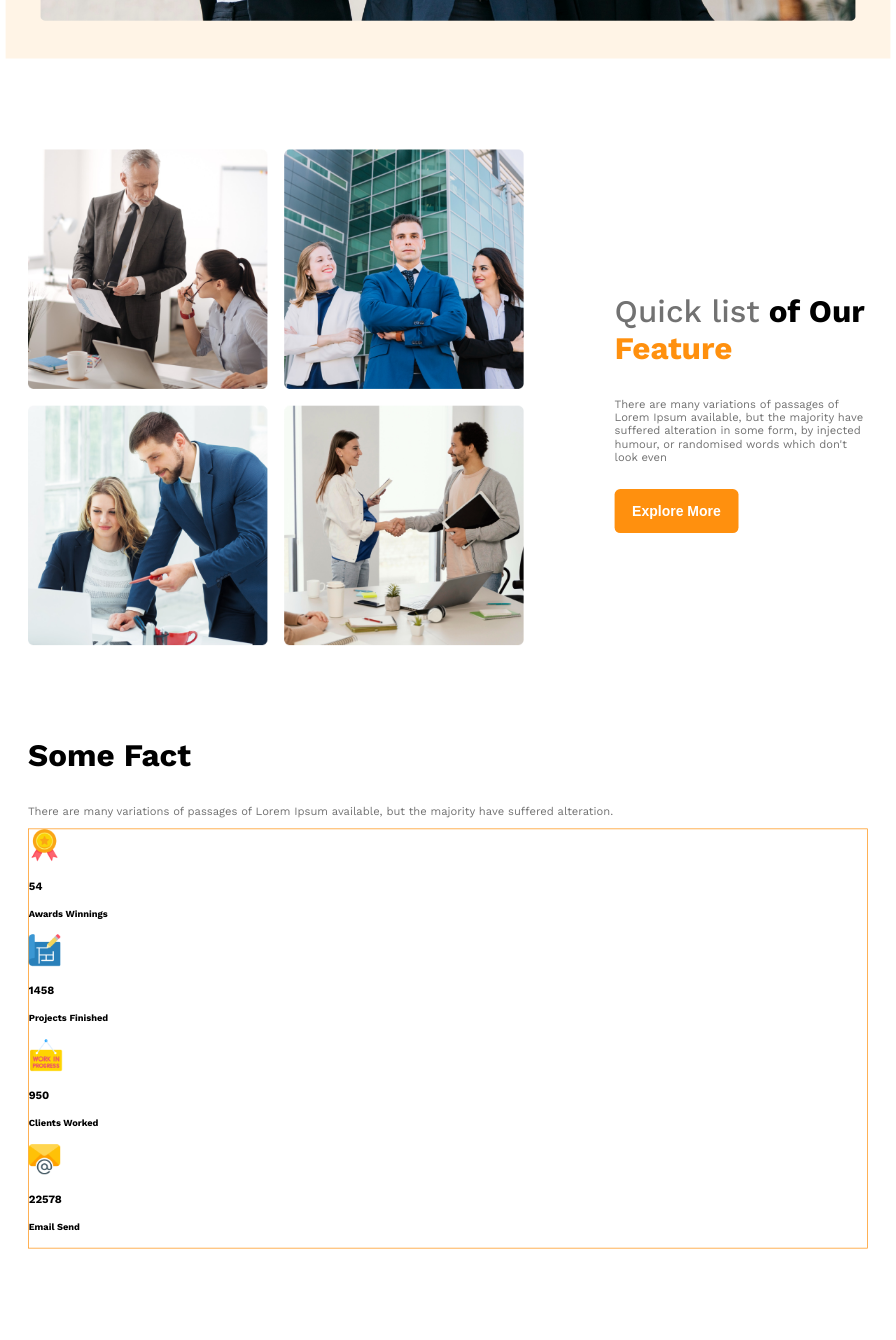
Repository: dollyrakhe22/g3-architects-website
Page: index.html
An editor plug-in stored every save of this project. The page is shown before and after the next save, followed by the edit.
The browser window is 1280 px wide. The pictures show the part of the page from y = 1131 to 3051 px (the page is 3045 px tall before and 3051 px after), at 70% of full size.

Above is the page before, as saved 2025-07-20 23:55:34.

### index.html
<!DOCTYPE html>
<html lang="en">
<head>
    <meta charset="UTF-8">
    <meta name="viewport" content="width=device-width, initial-scale=1.0">
    <title>Architects Website</title>
    <link rel="stylesheet" href="style.css">
</head>
<body class="work-sans-font">
   <header>
     <header class="bg-light">
           <nav class="navbar  display-flex">
             <h3 class="brand">G3 Architects</h3>
             <ul class="nav-links display-flex">
              <li class="nav-item"><a href="" class="nav-link text-gray ">Home</a></li>
              <li class="nav-item"><a href="" class="nav-link text-gray ">About</a></li>
              <li class="nav-item"><a href="" class="nav-link text-gray ">Contact Us</a></li>
              <li class="nav-item"><a href="" class="nav-link text-gray ">Login</a></li>
             </ul>
           </nav>
           <div class="banner">
          <div class="banner-content">
              <h1 class="banner-title">Brand New Group of Architects </h1>
              <p class="banner-description">There are many variations of passages of Lorem Ipsum available, but the majority have suffered alteration in some form, by injected humour,
              or randomised words which don't look even</p>
            <button class="btn-primary">Explore More</button>
          </div>
            <img class="banner-img" src="images/banner.png" alt="" srcset="">
           </div>
    </header>

   <main>
    <section class="teams display-flex">
      <div class="team-img-container">
      <img src="images/team1.png" alt="" srcset="">
      <img src="images/team2.png" alt="" srcset="">
      <img src="images/team3.png" alt="" srcset="">
      <img src="images/team4.png" alt="" srcset="">
      </div>
      <div class="our-features">
          <h3 class="section-title"><span id="quick-list" class="text-light-gray">Quick list</span> of Our <span class="text-primary">Feature</span></h3>
           <p class="feature-description  text-light-gray">There are many variations of passages of Lorem Ipsum available, but the majority have suffered alteration in some form, by injected humour,
             or randomised words which don't look even</p>
             <button class="btn-primary">Explore More</button>
      </div>
    </section>
    <!--feature will enjoy-->
      <section>
        <h3 class="section-title">Some Fact</h3>
        <p class="text-light-gray">There are many variations of passages of Lorem Ipsum available,
           but the majority have suffered alteration.</p>
           <div class="fact-container">
              <!--.fact*4>img.fact-icon+h4.fact-number+h5.fact-name-->
              <div class="fact-card dis">
               <div>
                 <img src="images/icons/ribon.png" alt="" class="fact-icon">
                <h4 class="fact-number">54</h4>
                <h5 class="fact-name">Awards Winnings</h5>
               </div>
              </div>
              <div class="fact-card">
                <img src="images/icons/projects.png" alt="" class="fact-icon">
                <h4 class="fact-number">1458</h4>
                <h5 class="fact-name">Projects Finished</h5>
              </div>
              <div class="fact-card">
                <img src="images/icons/customers.png" alt="" class="fact-icon">
                <h4 class="fact-number">950</h4>
                <h5 class="fact-name">Clients Worked</h5>
              </div>
              <div class="fact-card">
                <img src="images/icons/email.png" alt="" class="fact-icon">
                <h4 class="fact-number">22578</h4>
                <h5 class="fact-name">Email Send</h5>
              </div>
           </div>

      </section>
      <!--Some fact-->
      <section class="some-fact">

      </section>
   </main>
    <footer>

    </footer>
</body>
</html>

### style.css
@import url('https://fonts.googleapis.com/css2?family=Work+Sans:ital,wght@0,100..900;1,100..900&display=swap');

.work-sans-font {
  font-family: "Work Sans", sans-serif;
  font-optical-sizing: auto;
  font-weight: 400px;
  font-style: normal;
}
/*shared styles*/
.display-flex{
  display: flex;
}
/*dark 02*/
.text-gray{
  color: #424242;
}
/*dark 03*/
.text-light-gray{
  color:#727272;
}
.text-primary{
  color:#FF900E;
}
.navbar{
  justify-content: space-between;
  align-items: center;
}
.bg-light{
  background-color: rgba(255, 144, 14, 0.1);
}
.brand{
  font-weight: 700;
  font-size: 3rem;
}
.section-title{
  font-size: 2.8rem;
  font-weight: 700;
}
/*header styles*/
/*main*/
main{
  max-width: 1200px;
  margin: 0 auto;
}
main> section{
  margin-top: 130px;
}
/*navbar related styles*/
.navbar{
  display: flex;
}
.nav-item{
  list-style: none;
  margin-right: 30px;
}
.nav-link{
  text-decoration: none;
  font-size: 500;
}
.navbar,.banner {
  max-width: 1200px;
  margin: 0 auto;

}


/*banner related styles*/
.banner-content{
  max-width: 800px;
  margin: 0 auto;
  text-align: center;
  margin-bottom: 20px;

}
.banner{
  padding: 50px;

}
.banner-img{
  width: 100%;
}
.banner-title{
  font-weight: 700;
  font-size: 4rem;
}
.banner-description{
  font-size: 13px;


}
.btn-primary{
  background-color: #FF900E;
  color: white;
  padding: 20px 25px;
  font-size: 1.25rem;
  font-weight: 600;
  border:none;
  border-radius: 8px;
  margin-top: 20px;
  margin-top: 20px;

}
/*team work and features style*/
.teams{
  align-items: center;
}
.team-img-container{
   display: grid;
  grid-template-columns: repeat(2, 1fr);
  gap: 24px;
}
.our-features{
  margin-left: 130px;
  max-width: 530px;
}

#quick-list{
  font-weight: 500;
}
.feature{
  color:#FF900E;
}
/*Some fact */
.fact-container{
   border: 1px solid #FF900E;
}




/*responsive media query*/
@media screen and (max-width: 576px){
  .navbar, .nav-link, .teams{
    flex-direction: column;
  }
.team-img-container{
  grid-template-columns: repeat(1, 1fr);

}
.our-features{
  margin-left: 10px;
}
}
/*medium device*/
@media  screen and (min-width:576px) and (max-width:992px){
  .teams{
    flex-direction: column;
  }
  .our-features{
    margin: 50px auto;
  }
}

After the next save:
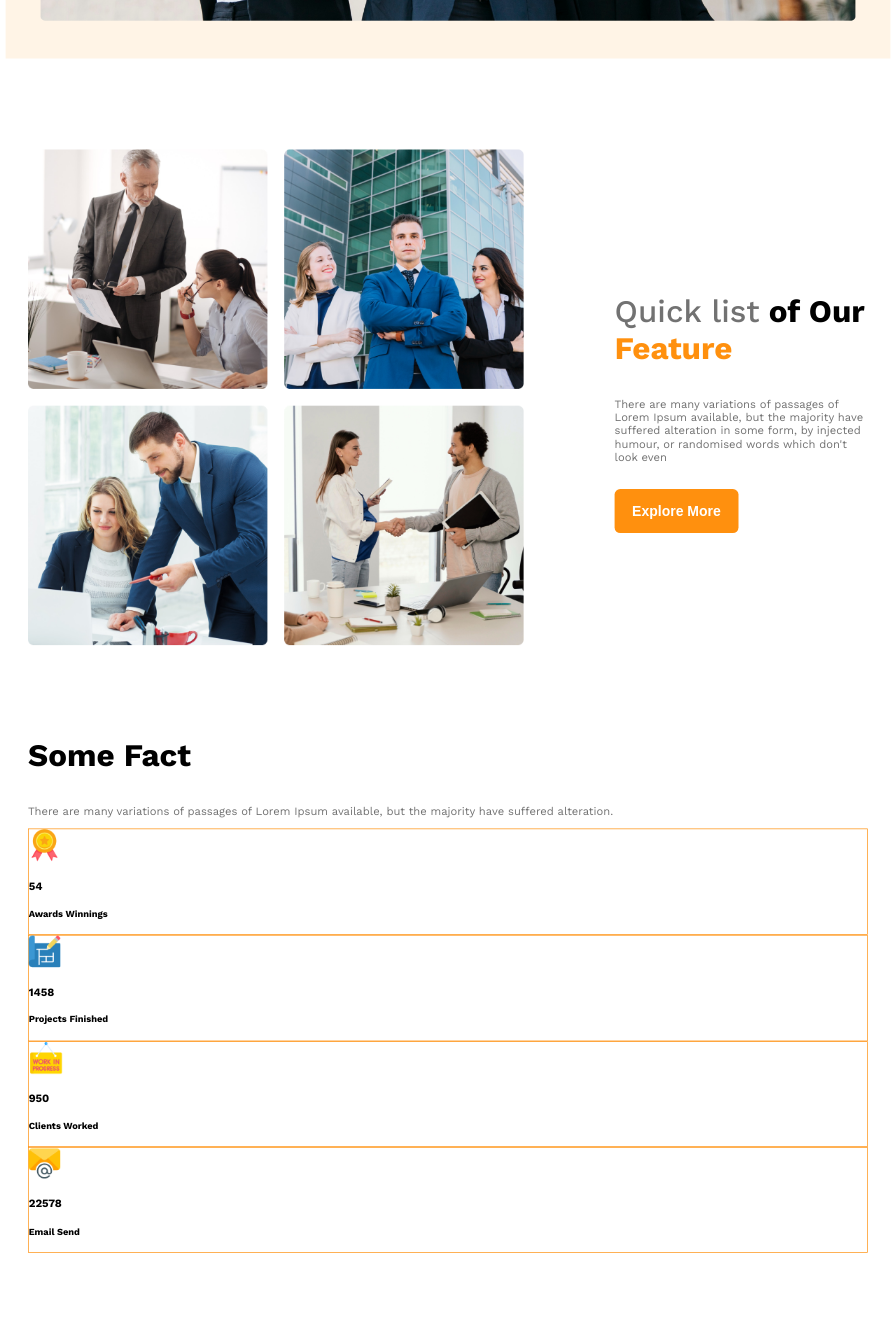
Saved 20 s later.
--- a/style.css
+++ b/style.css
@@ -121,7 +121,7 @@ main> section{
   color:#FF900E;
 }
 /*Some fact */
-.fact-container{
+.fact-card{
    border: 1px solid #FF900E;
 }
 
